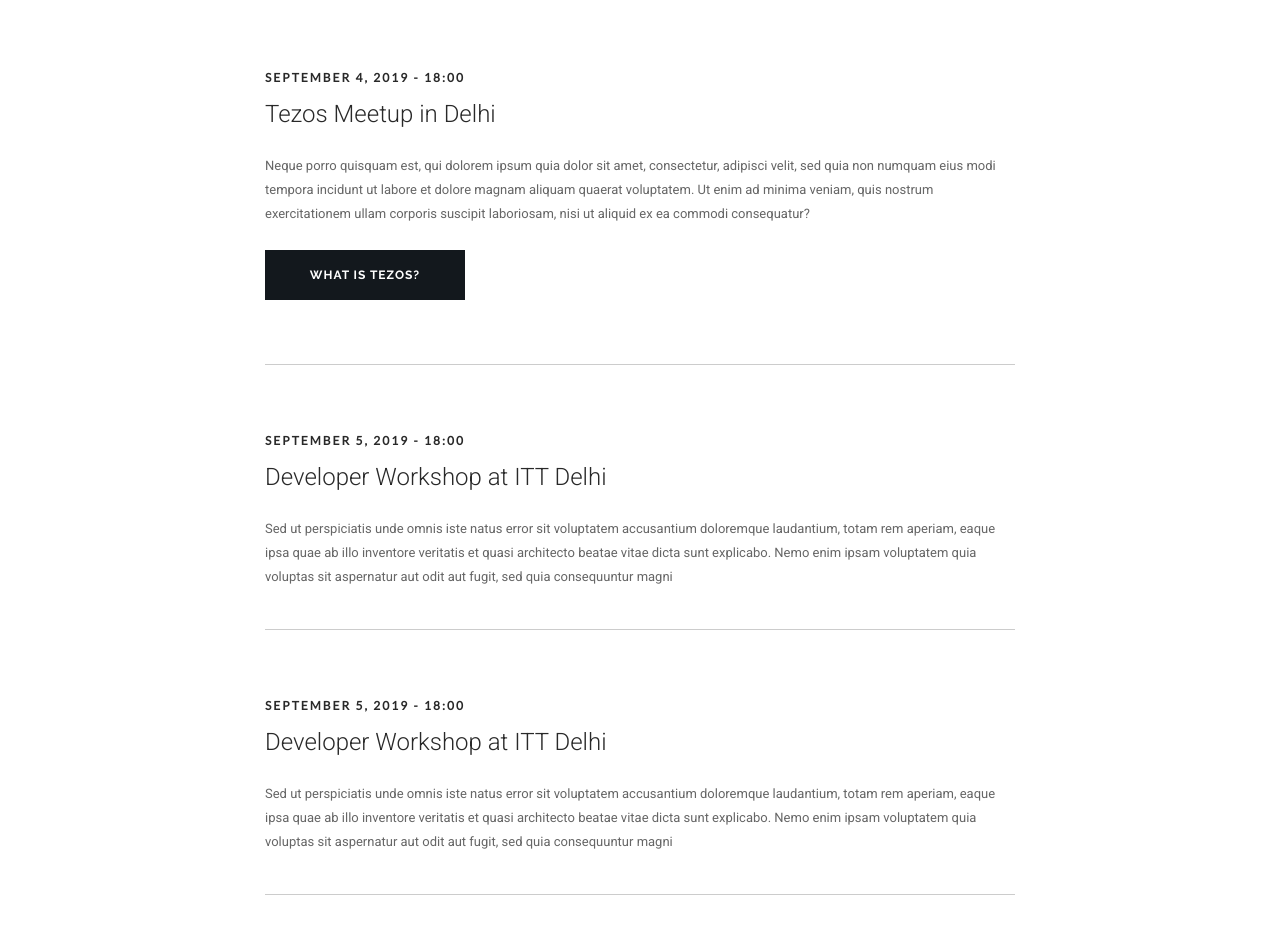
Repository: Tezos-India-Foundation/TIF-Website
Page: Tezos India Website/page.html
The author's editor kept a copy of each file at every save. The page is drawn from the files as they stood at one save, then again after the next save.
The browser window is 1280 px wide. The pictures show the part of the page from y = 1907 to 2859 px (the page is 4087 px tall before and 4077 px after).
A picture or video elsewhere on the page could not be fetched, so the positions and the page height are approximate.

Above is the page before, as saved 2019-08-13 03:54:24.

After the next save:
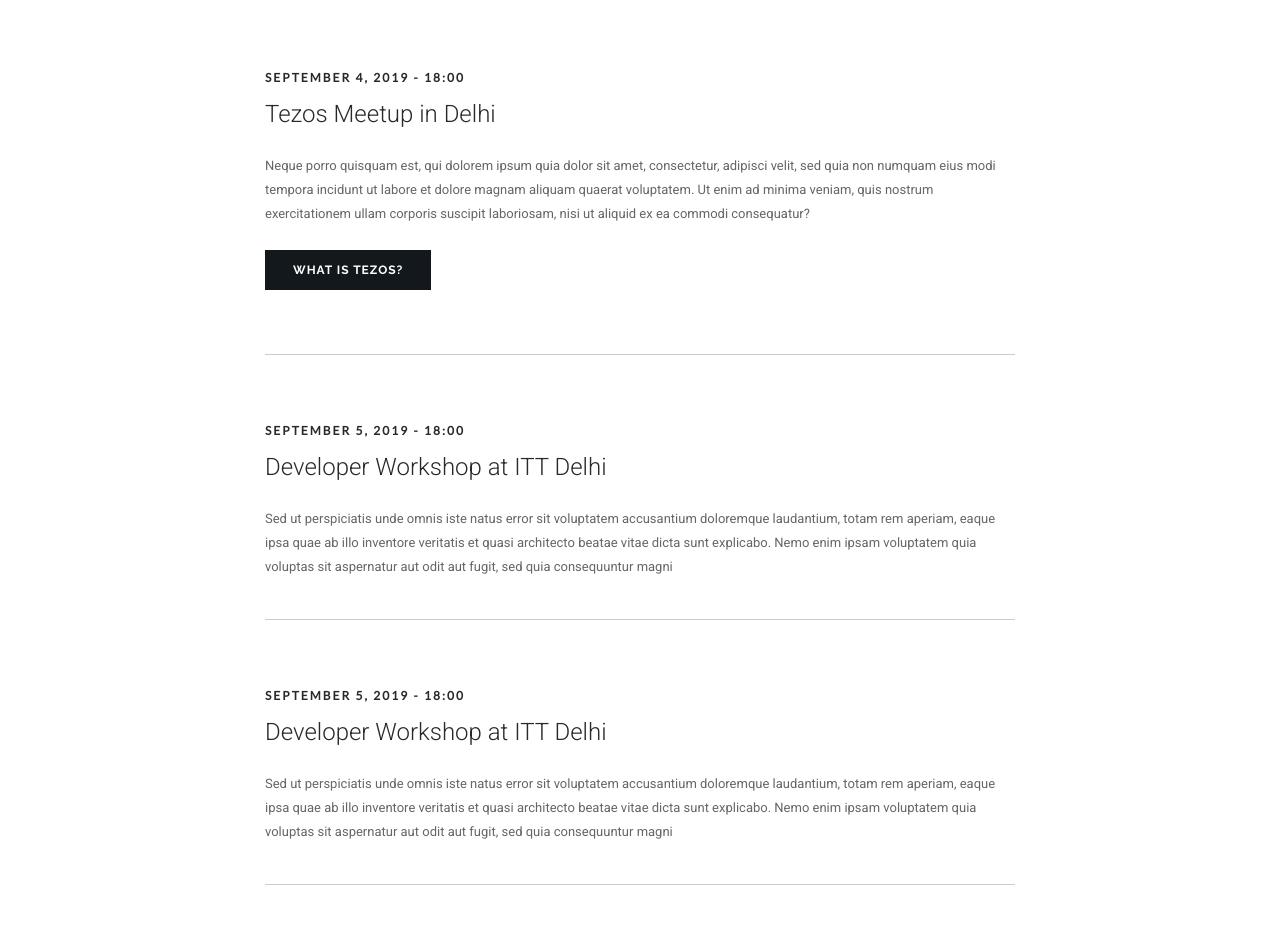
Saved 15 s later.
--- a/Tezos India Website/page.html
+++ b/Tezos India Website/page.html
@@ -212,7 +212,7 @@
 												laboriosam, nisi ut aliquid ex ea commodi consequatur?
 											</p>
 
-											<a class="btn btn-lg btn-filled" target="_blank" href="https://tezos.com/">What is Tezos?</a>
+											<a class="btn btn-filled" target="_blank" href="https://tezos.com/">What is Tezos?</a>
 											<hr class="mt40 mb40 mt-xs-0 mb-xs-24">
 										</div>
 										<div>
